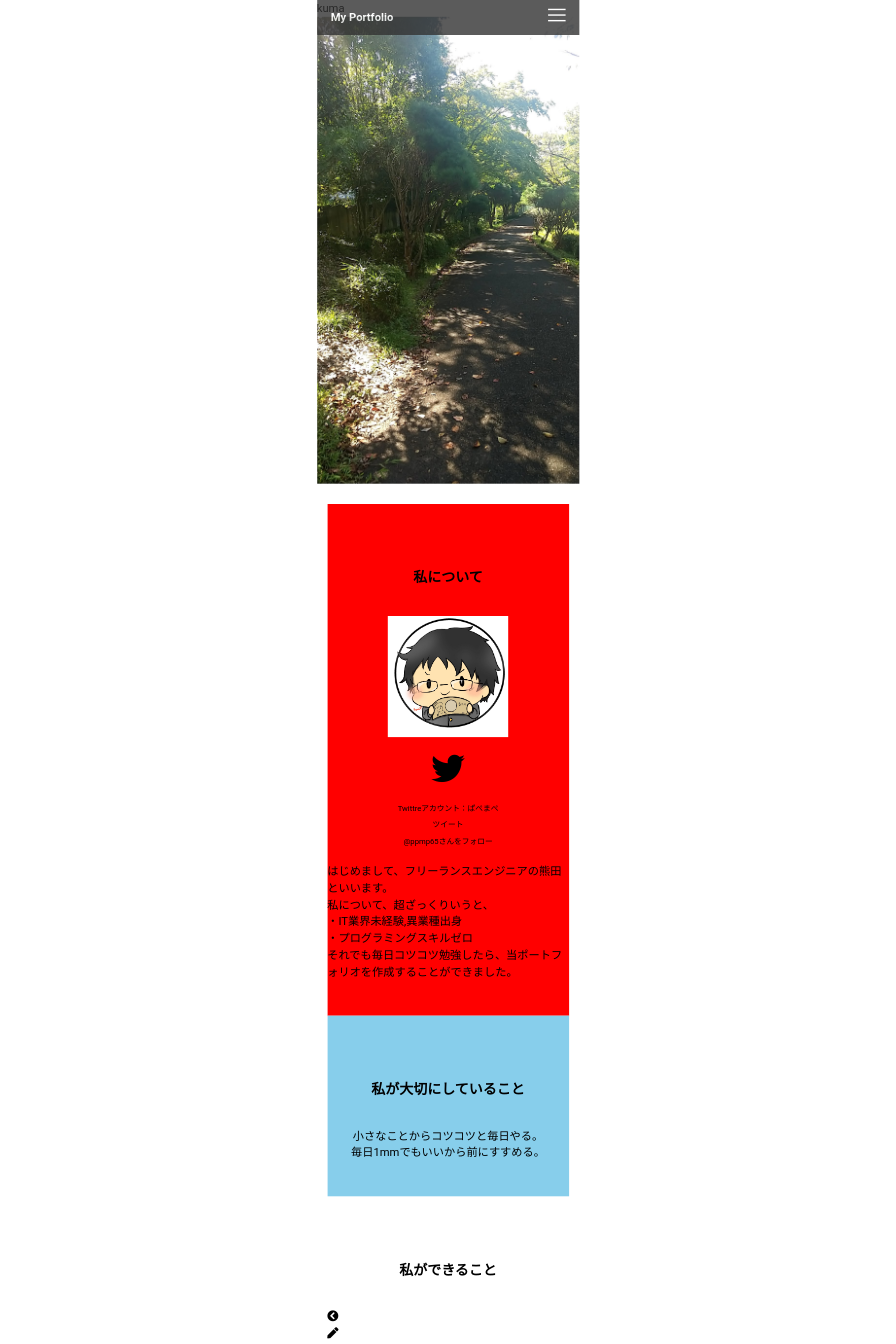
Repository: ppmp556/portfolio6
Page: index copy.html
The author's editor kept a copy of each file at every save. The page is drawn from the files as they stood at one save, then again after the next save.
The browser window is 1280 px wide. The pictures show the part of the page from y = 0 to 1920 px (the page is 3189 px tall), at 70% of full size.
Some web libraries are served in a nearby version. The style sheet was rebuilt from its Sass, Less or Tailwind sources for each picture, by a compiler version that may differ from the author's.

Above is the page before, as saved 2020-10-12 21:51:51.
Console error: TypeError: Cannot read properties of null (reading 'addEventListener')

After the next save:
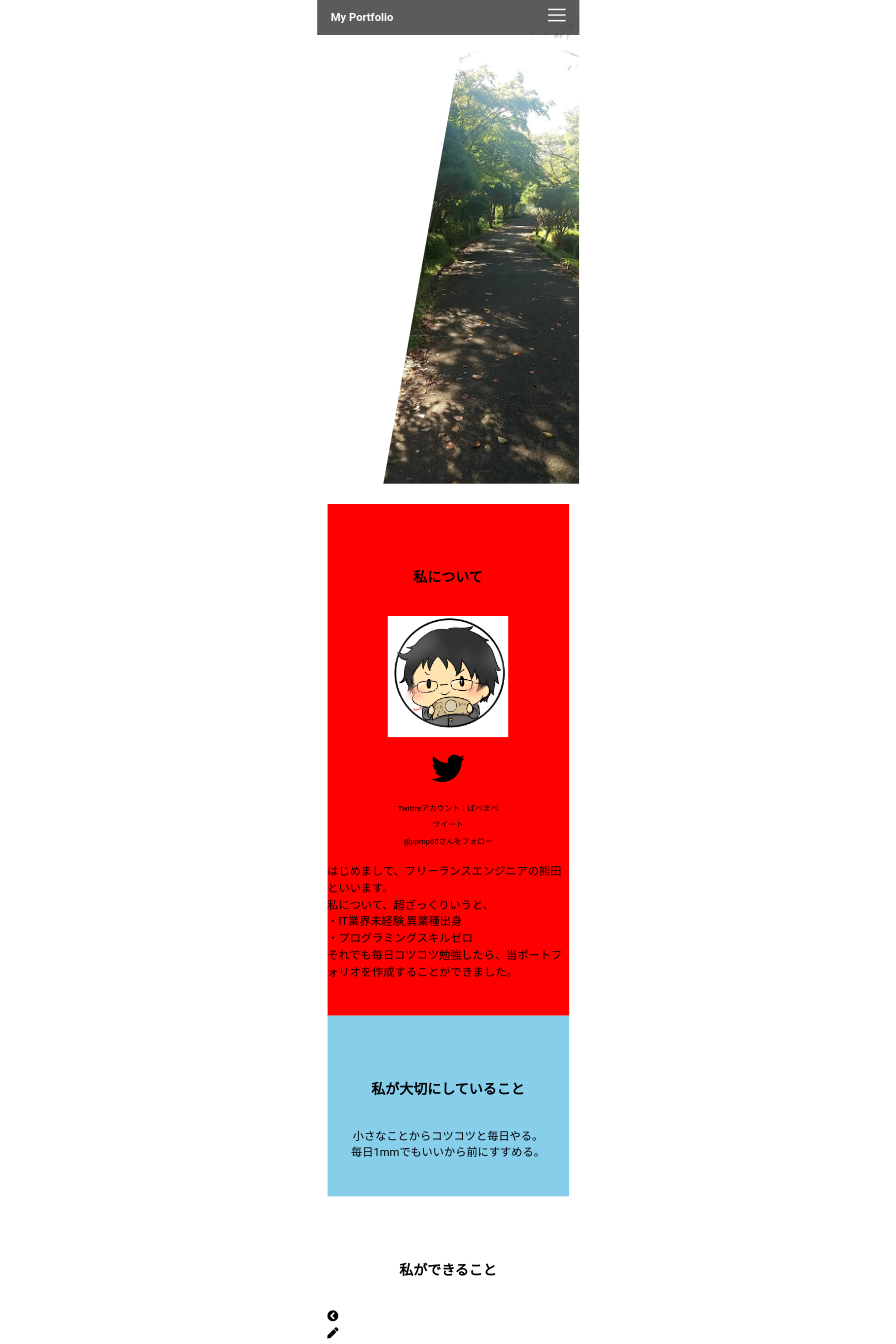
Saved 23 s later.
--- a/css/main.scss
+++ b/css/main.scss
@@ -132,7 +132,7 @@ kv
     &_container {
         height: 100vh;
 
-        clip-path: polygon(red 58% 0, 100% 0, 100% 100%, 24% 100%);
+        clip-path: polygon(58% 0, 100% 0, 100% 100%, 24% 100%);
 
     }
 
